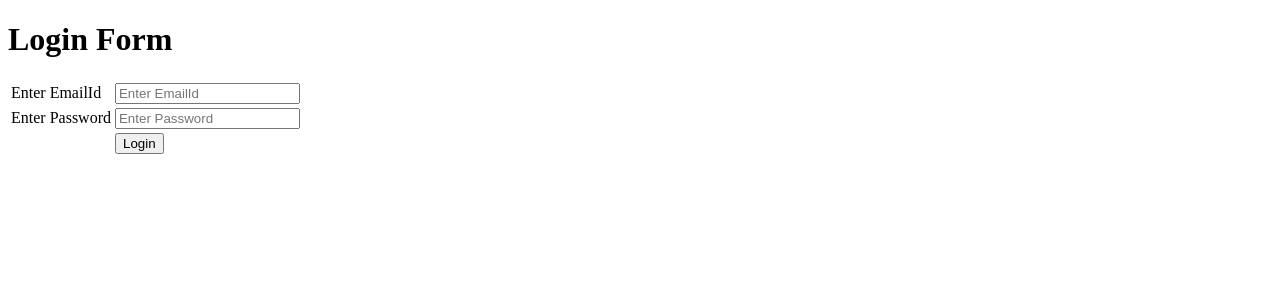
Repository: Konyala-Karthikeya/student_Details
Page: Sudent_Project/Workspace/StudentWebApp/WebContent/Login.html
An editor plug-in stored every save of this project. The page is shown before and after the next save, followed by the edit.
The browser window is 1280 px wide. The pictures show the whole page.

Above is the page before, as saved 2024-01-08 05:36:30.

After the next save:
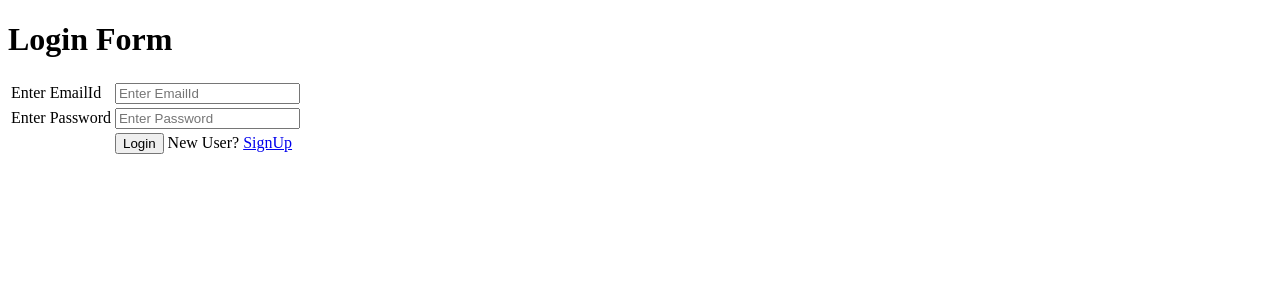
Saved 9 s later.
--- a/Sudent_Project/Workspace/StudentWebApp/WebContent/Login.html
+++ b/Sudent_Project/Workspace/StudentWebApp/WebContent/Login.html
@@ -23,7 +23,7 @@
 		</tr>
 		<tr>
 			<td></td>
-			<td><button>Login</button></td>
+			<td><button>Login</button> New User? <a href="Register.html">SignUp</a></td>
 		</tr>
 
 	</table>
